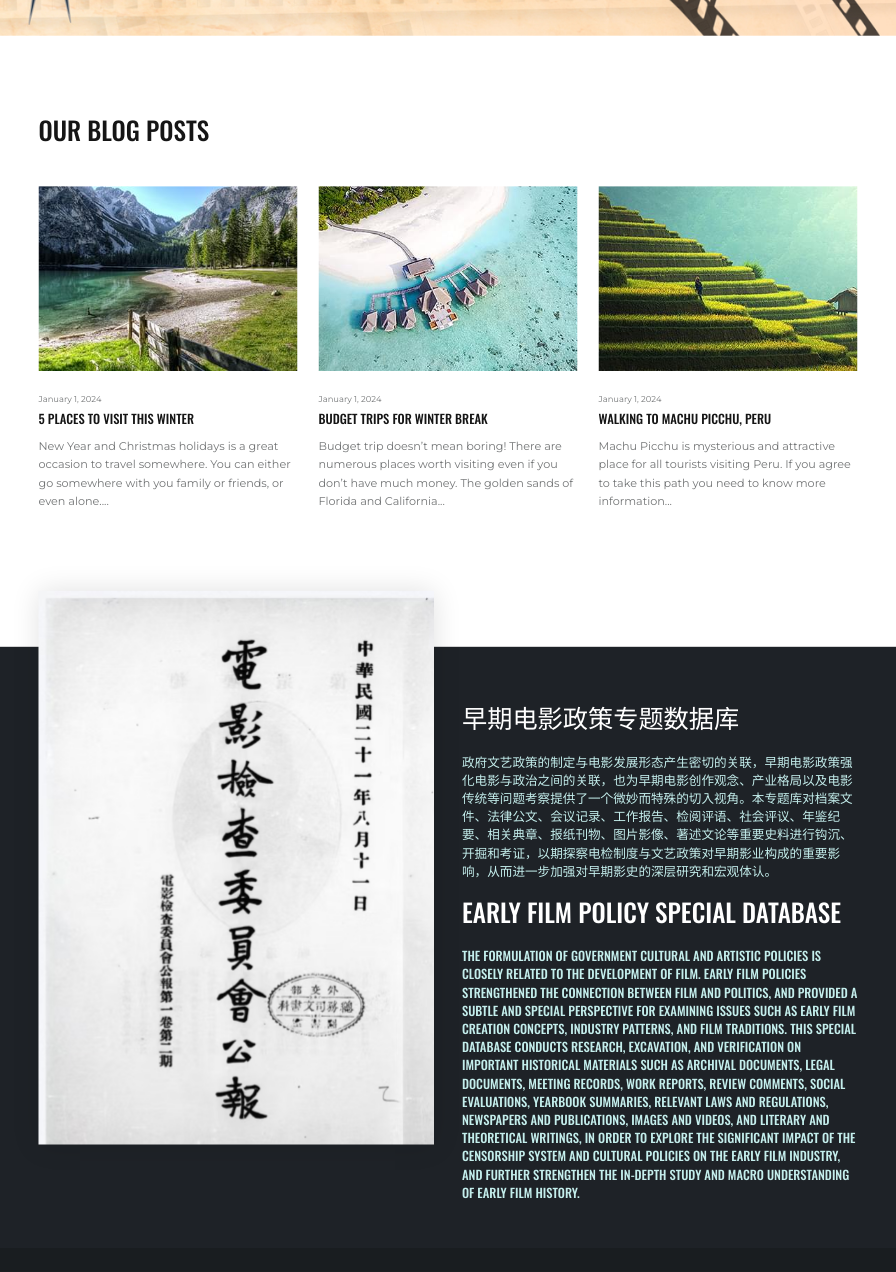
Repository: Jquarker/Modern-Film-Database
Page: index.html
These files come from the project's save history. The page is drawn as it stood at one moment and after the next save; the edit follows.
The browser window is 1280 px wide. The pictures show the part of the page from y = 4580 to 6500 px (the page is 6397 px tall before and 7170 px after), at 70% of full size.

Above is the page before, as saved 2025-02-21 15:37:23.

After the next save:
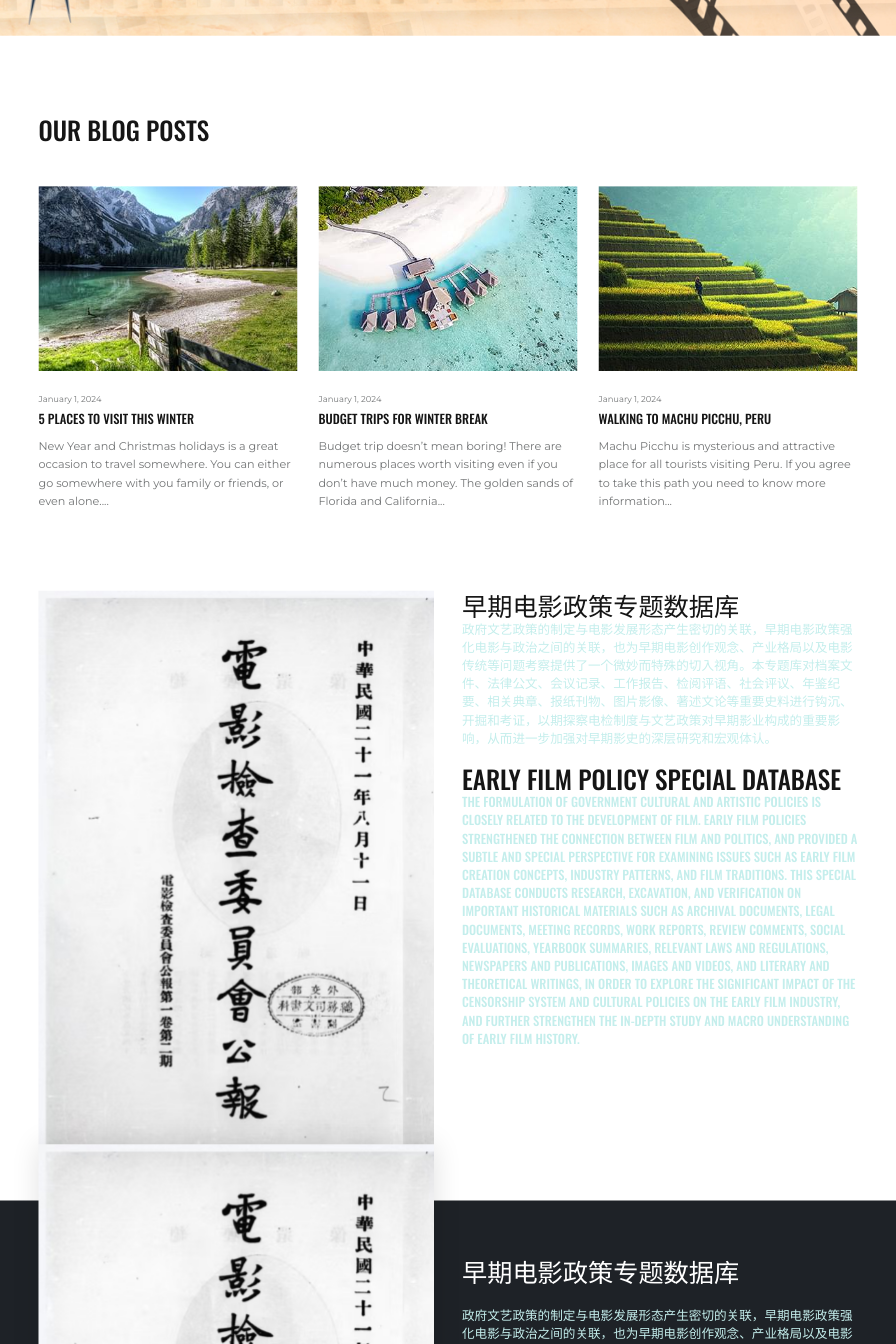
Saved 13 min 52 s later.
--- a/index.html
+++ b/index.html
@@ -317,6 +317,51 @@
           </div>
         </div>
       </section>
+      <body>
+        <!-- 其他内容 -->
+
+        <div class="container">
+          <div class="row row-narrow-40 row-30">
+            <div class="col-lg-6 text-center wow fadeInLeft" data-wow-delay=".1s">
+              <div class="footer-media">
+                <img src="images/part6.jpg" alt="" width="570" height="402" />
+              </div>
+            </div>
+            <div class="col-lg-6 wow fadeInRight" data-wow-delay=".2s">
+              <div class="footer-classic_subscribe">
+                <h2>早期电影政策专题数据库</h2>
+                <h5 class="text-primary">
+                  政府文艺政策的制定与电影发展形态产生密切的关联，早期电影政策强化电影与政治之间的关联，也为早期电影创作观念、产业格局以及电影传统等问题考察提供了一个微妙而特殊的切入视角。本专题库对档案文件、法律公文、会议记录、工作报告、检阅评语、社会评议、年鉴纪要、相关典章、报纸刊物、图片影像、著述文论等重要史料进行钩沉、开掘和考证，以期探察电检制度与文艺政策对早期影业构成的重要影响，从而进一步加强对早期影史的深层研究和宏观体认。
+                </h5>
+                <br>
+                <h2>Early Film Policy Special Database</h2>
+                <h5 class="text-primary">
+                  The formulation of government cultural and artistic policies is closely related to the development of film.
+                  Early film
+                  policies strengthened the connection between film and politics, and provided a subtle and special
+                  perspective for
+                  examining issues such as early film creation concepts, industry patterns, and film traditions. This special
+                  database
+                  conducts research, excavation, and verification on important historical materials such as archival
+                  documents, legal
+                  documents, meeting records, work reports, review comments, social evaluations, yearbook summaries, relevant
+                  laws and
+                  regulations, newspapers and publications, images and videos, and literary and theoretical writings, in order
+                  to explore
+                  the significant impact of the censorship system and cultural policies on the early film industry, and
+                  further strengthen
+                  the in-depth study and macro understanding of early film history.
+                </h5>
+                <form class="rd-form rd-mailform rd-form-inline subscribe-form" data-form-output="form-output-global"
+                  data-form-type="subscribe" method="post" action="bat/rd-mailform.php">
+              </div>
+            </div>
+          </div>
+        </div>
+
+        <!-- 其他内容 -->
+      </body>
+
       <!--Footer-->
       <footer class="section footer-classic context-dark">
         <div class="container">
